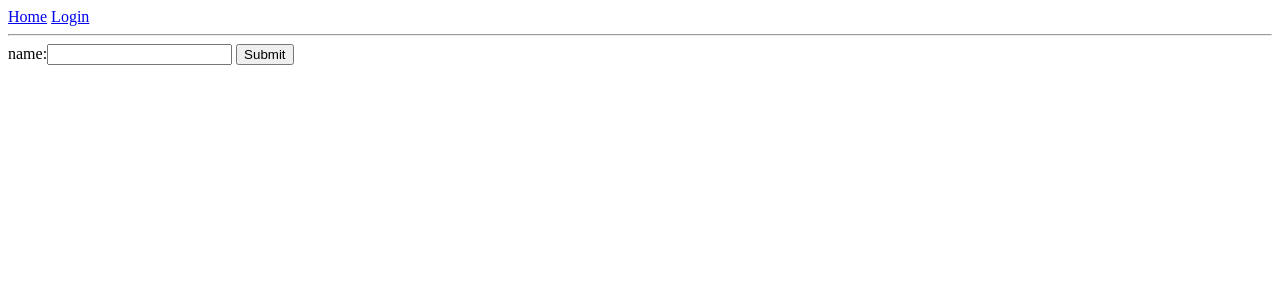
Repository: Gurudutt-S/cts-training
Page: http://localhost/ImplicitObjects/login.jsp
These files come from the project's save history. The page is drawn as it stood at one moment and after the next save; the edit follows.
The browser window is 1280 px wide. The pictures show the whole page.
The page is served by Tomcat 9.

Above is the page before, as saved 2020-02-05 06:08:47.

After the next save:
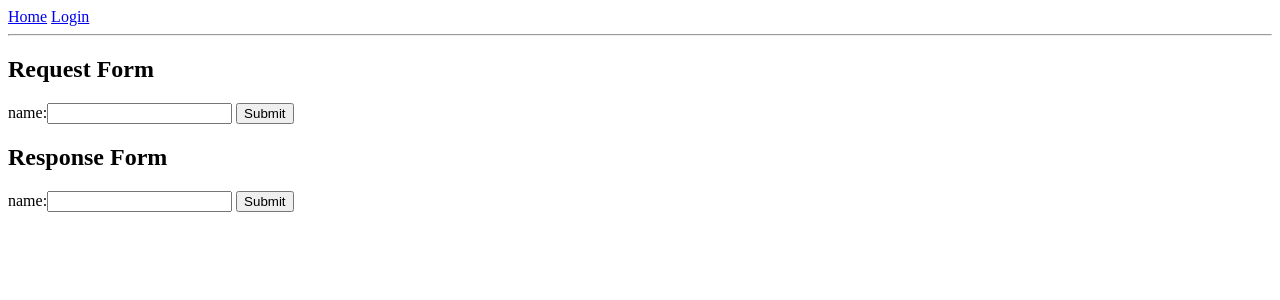
Saved 117 s later.
--- a/Day_30/ImplicitObjects/WebContent/login.jsp
+++ b/Day_30/ImplicitObjects/WebContent/login.jsp
@@ -1,9 +1,16 @@
 <%@ include file="header.jsp" %>
 
+	<h2>Request Form</h2>
 	<form action="index.jsp">
 		name:<input type="text" name="name">
 			<input type="submit">
 	</form>
 
+	<h2>Response Form</h2>
+	<form>
+		name:<input type="text" name="uname">
+			<input type="submit">
+	</form>
+
 </body>
 </html>
